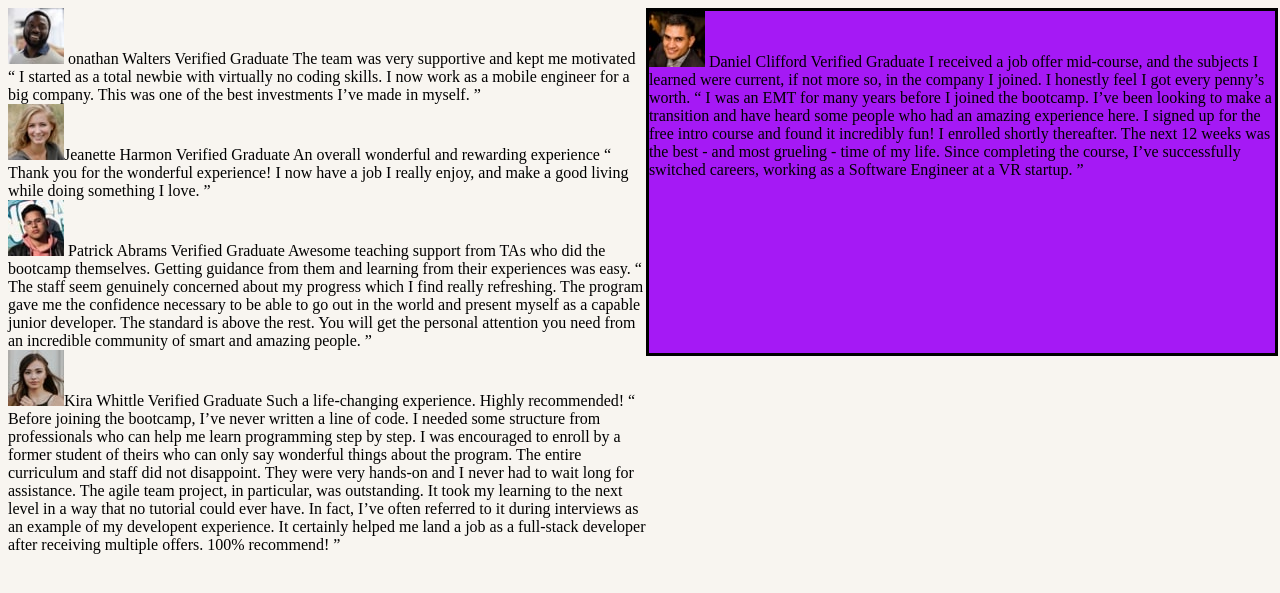
Repository: MagedElRefaey/Grid-Project
Page: Task.html
An editor plug-in stored every save of this project. The page is shown before and after the next save, followed by the edit.
The browser window is 1280 px wide. The pictures show the whole page.

Above is the page before, as saved 2024-09-13 21:43:49.

After the next save:
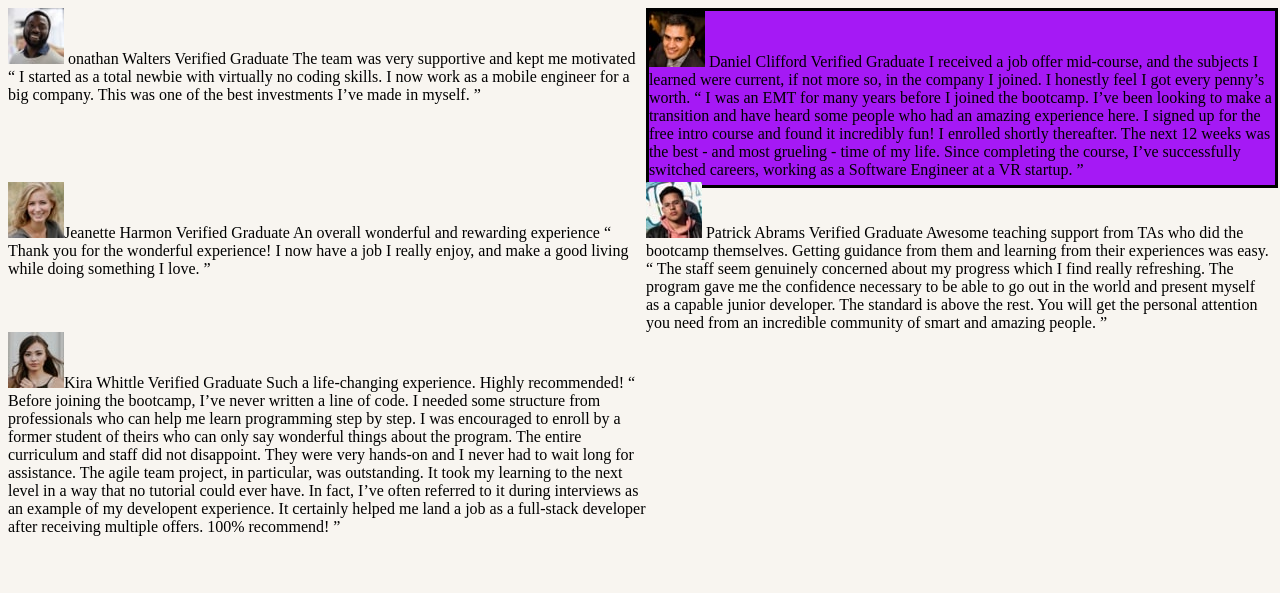
Saved 6 s later.
--- a/Style.css
+++ b/Style.css
@@ -3,7 +3,7 @@ body{
 }
 .Container{
     display: grid;
-    grid-template-areas: ".David" ".David" ".David"
+    grid-template-areas: ".David" ".Jonathan" ".Jeantette"
 
 }
 .David{
